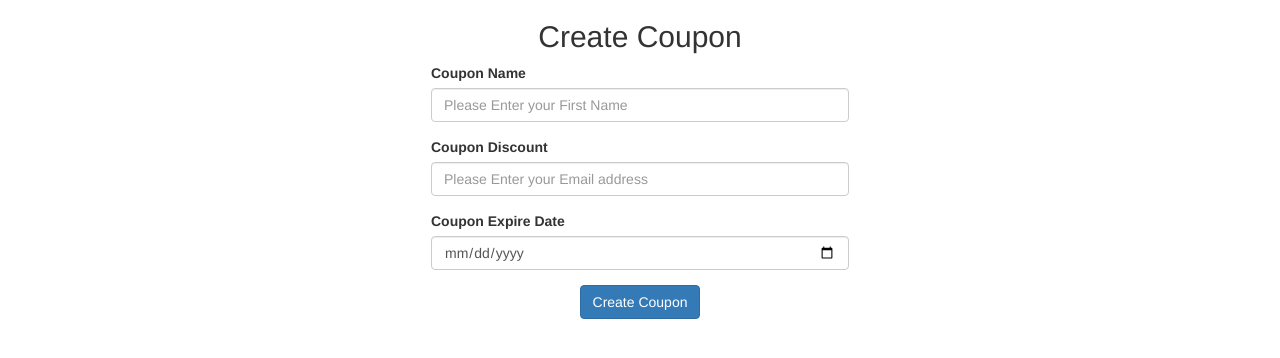
Repository: krutishilp/Sample
Page: http://localhost/couponandproductproject/createCoupon.jsp
The author's editor kept a copy of each file at every save. The page is drawn from the files as they stood at one save, then again after the next save.
The browser window is 1280 px wide. The pictures show the whole page.
The page is served by Tomcat 9.

Above is the page before, as saved 2020-09-04 06:58:00.

After the next save:
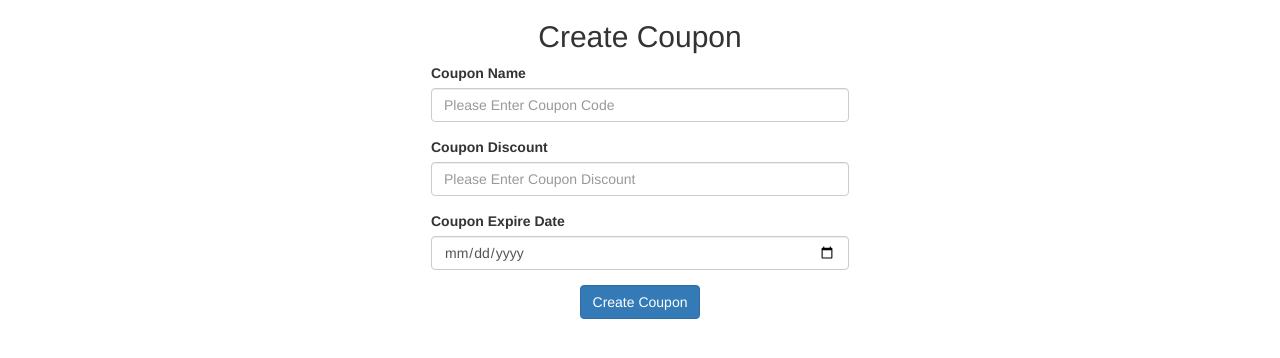
Saved 3 h 9 min later.
--- a/JAVA-Eclipse-workspace/couponandproductproject/src/main/webapp/createCoupon.jsp
+++ b/JAVA-Eclipse-workspace/couponandproductproject/src/main/webapp/createCoupon.jsp
@@ -24,7 +24,7 @@
 			<div class="form-group">
 				<label for="couponname">Coupon Name</label> <input type="text"
 					class="form-control" name="couponName" id="couponname" required
-					placeholder="Please Enter your First Name">
+					placeholder="Please Enter Coupon Code">
 			</div>
 
 			<!-- <div class="form-group">
@@ -36,7 +36,7 @@
 			<div class="form-group">
 				<label for="coupondiscount">Coupon Discount</label> <input type="number"
 					class="form-control" name="couponDiscount" id="coupondiscount" required
-					placeholder="Please Enter your Email address">
+					placeholder="Please Enter Coupon Discount">
 			</div>
 
 			<div class="form-group">
